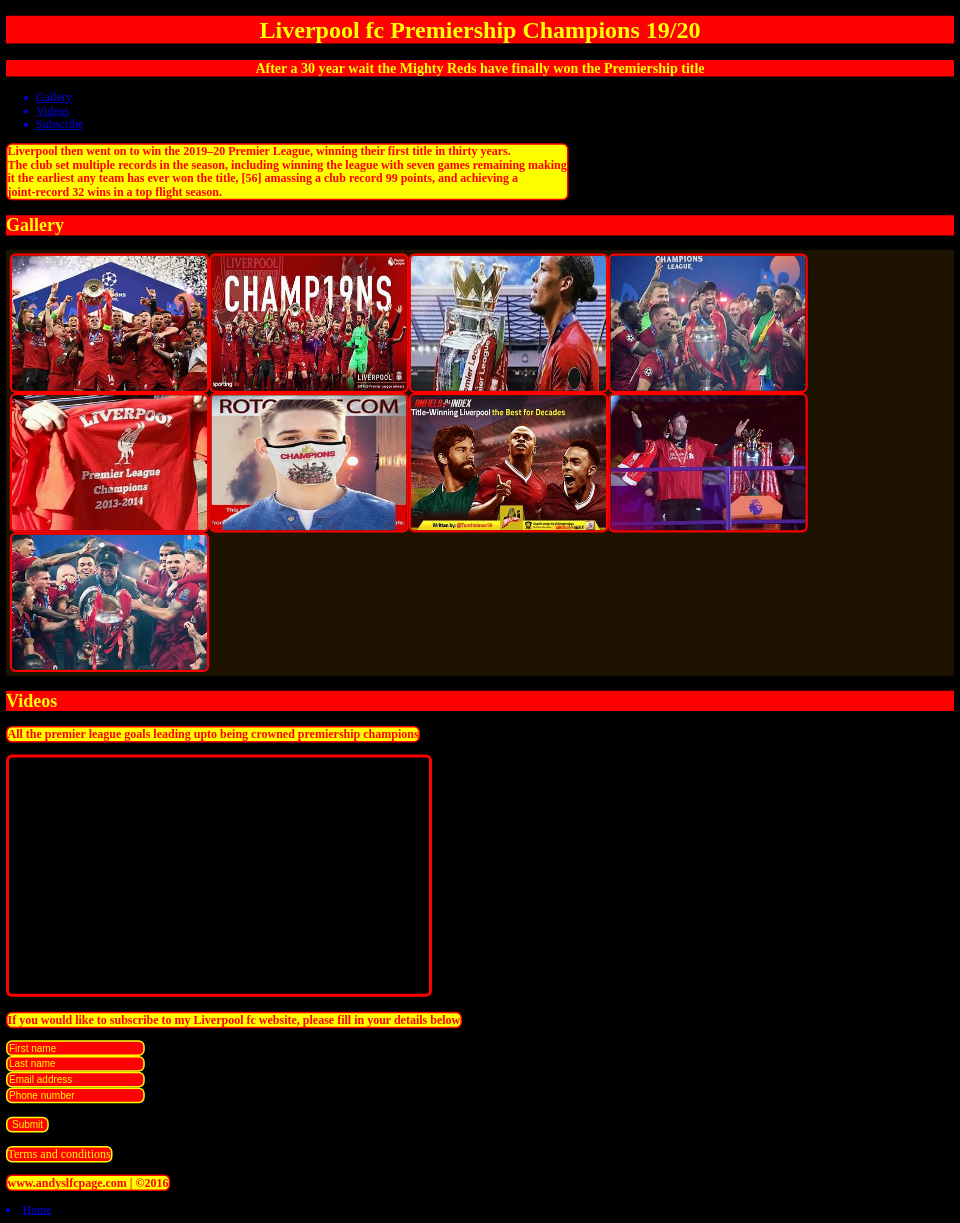
Repository: andyd71/HTML_and_CSS
Page: one_page_website/One_Page_Website.html
An editor plug-in stored every save of this project. The page is shown before and after the next save, followed by the edit.
The browser window is 1280 px wide. The pictures show the whole page, at 75% of full size.
Pictures or frames that could not be fetched are drawn as grey boxes.

Above is the page before, as saved 2020-10-09 13:42:37.

After the next save:
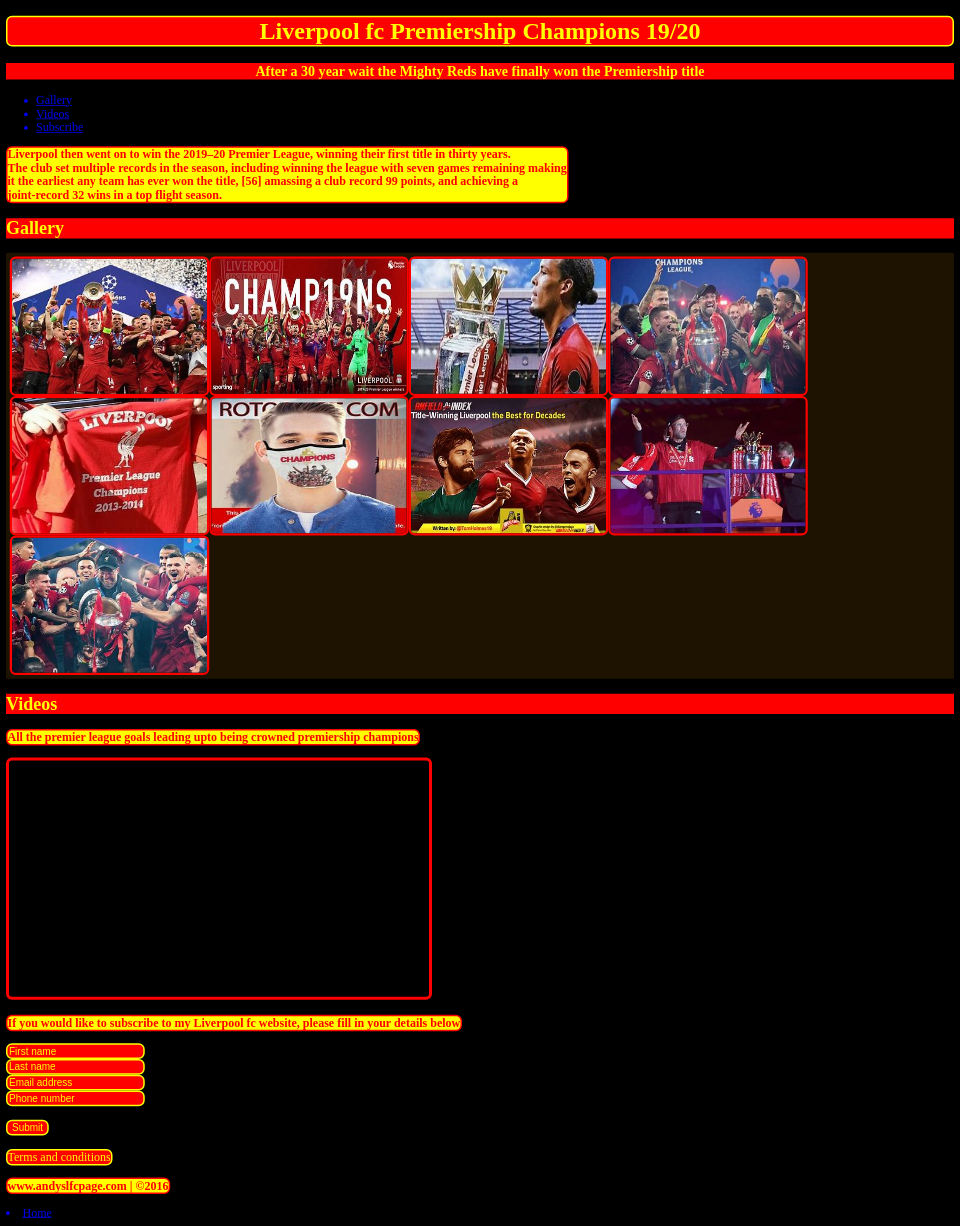
Saved 3 min 57 s later.
--- a/one_page_website/css/One_page_website.css
+++ b/one_page_website/css/One_page_website.css
@@ -11,6 +11,8 @@
 	text-align : center;
 	font-weight : bold;
 	background : red;
+	border: 2px solid yellow;
+	border-radius: 8px;
 }
 h3 {
 	color : yellow;
